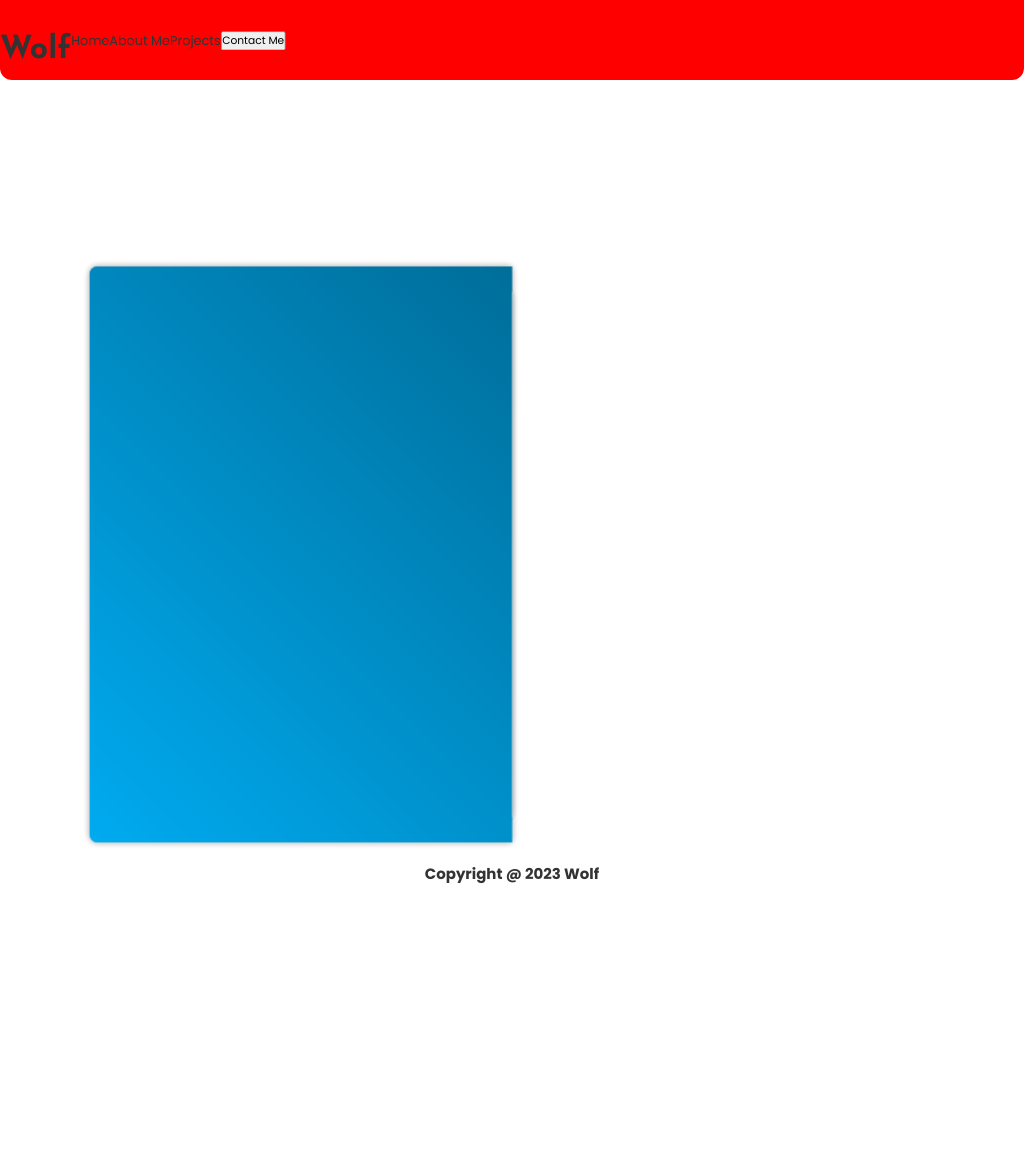
Repository: Ego-Wolf/Portfolio
Page: index.html
The author's editor kept a copy of each file at every save. The page is drawn from the files as they stood at one save, then again after the next save.
The browser window is 1280 px wide. The pictures show the whole page, at 80% of full size.
Pictures or frames that could not be fetched are drawn as grey boxes.

Above is the page before, as saved 2023-12-14 16:21:16.

After the next save:
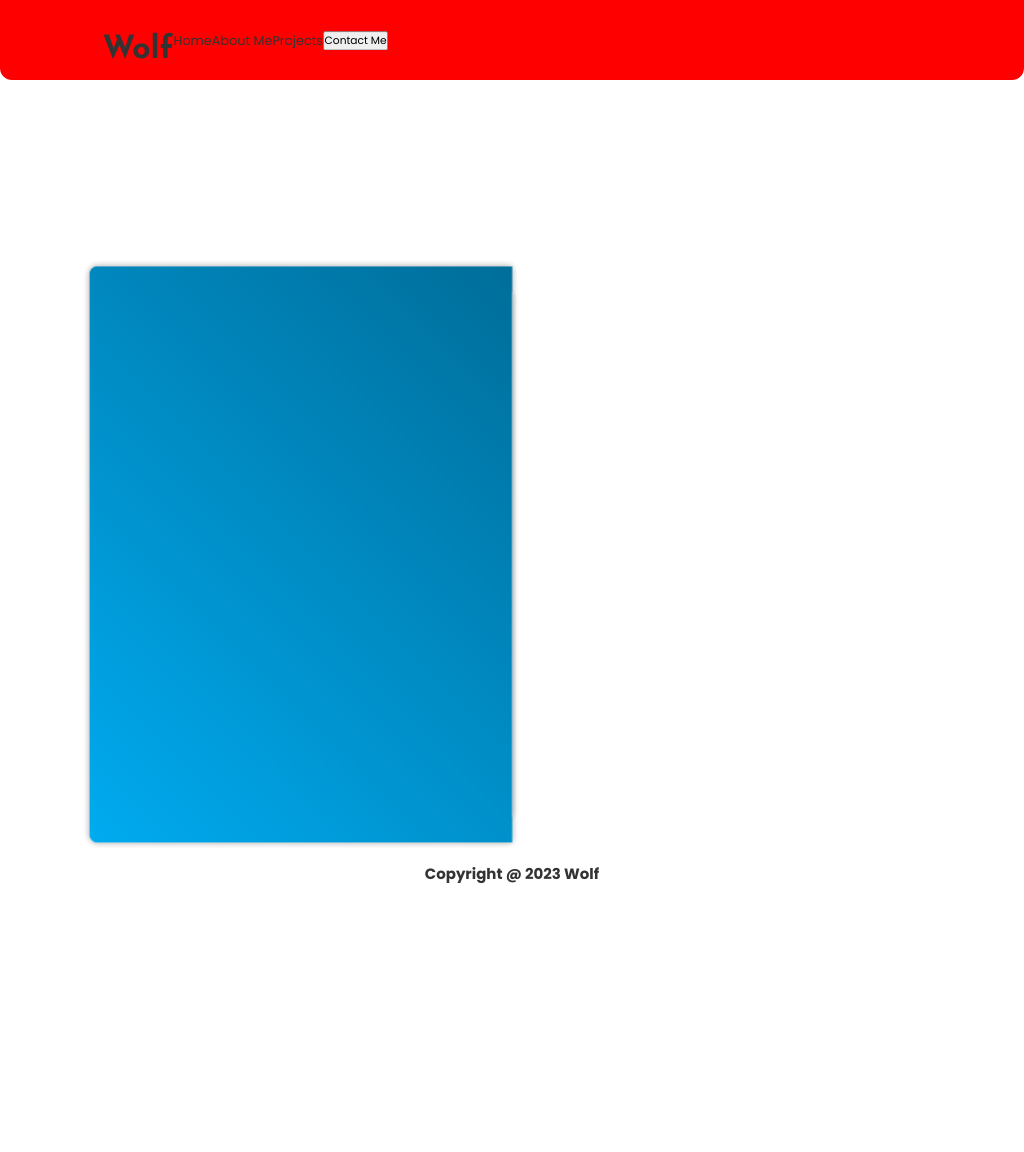
Saved 4 s later.
--- a/style.css
+++ b/style.css
@@ -55,7 +55,7 @@
 .header ul {
     width: 80%;
     display: flex;
-    /* margin: 0 auto; */
+    margin: 0 auto;
     /* justify-content: space-between; */
     align-items: center;
 }
